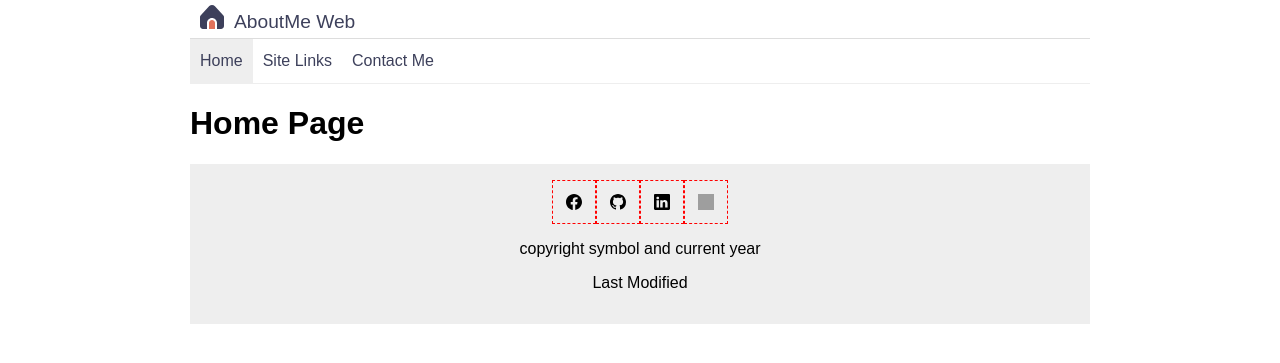
Repository: JoyUdoh106/wdd231
Page: index.html
These files come from the project's save history. The page is drawn as it stood at one moment and after the next save; the edit follows.
The browser window is 1280 px wide. The pictures show the whole page.
Pictures or frames that could not be fetched are drawn as grey boxes.

Above is the page before, as saved 2026-01-10 20:21:14.

### index.html
<!DOCTYPE html>
<html lang="en">
<head>
    <meta charset="UTF-8">
    <meta name="viewport" content="width=device-width, initial-scale=1.0">
    <title>Joy Paulinus Udoh Site | Home Page</title>
    <meta name="description" content="My Site">
    <meta name="author" content="Joy Paulinus Udoh">

    <!-- Style Sheets Here -->
    <link rel="stylesheet" href="styles/base.css">
    <link rel="stylesheet" href="styles/larger.css">
    <link rel="stylesheet" href="styles/normalize.css">

</head>
<body>
    <header>
        <img src="images/home.svg" alt="Site Logo" width="512" height="512">
        <span>AboutMe Web</span>
        <button id="ham-btn" class="hamburger"></button>
    </header>
    <nav id="nav-bar" class="navigation">
        <ul>
            <li class="current"><a href="#">Home</a></li>
            <li><a href="#">Site Links</a></li>
            <li><a href="#">Contact Me</a></li>
        </ul>
    </nav>
    <main>
        <h1>Home Page</h1>
    </main>
    <footer>
        <div class="social">
            <a href="" target="_blank"><img src="images/facebook.svg" alt="facebook" width="16" height="16"></a>
            <a href="" target="_blank"><img src="images/github.svg" alt="github" width="16" height="16"></a>
            <a href="" target="_blank"><img src="images/linkedin.svg" alt="" width="16" height="16"></a>
            <a href="" target="_blank"><img src="images/microsoft-teams.svg" alt="" width="16" height="16"></a>
        </div>
        <p>copyright symbol and current year</p>
        <p>Last Modified</p>
    </footer>
    <script src="scripts/navigation.js"></script>
</body>
</html>

### styles/base.css
/* --------- Color Scheme ----------
terra cotta #E2725B
deep slate blue #3D405B,
*/

/********************** SITE WIDE *************************/
* {
    font-family: "Josefin Sans", sans-serif;
    box-sizing: border-box;
}

/********************* HEADER *********************/
header {
    display: grid;
    grid-template-columns: 24px auto 44px;
    padding: 5px 0 5px 10px;
    align-items: end;
    border-bottom: solid 1px #ddd;
    column-gap: 10px;
}

header img {
    display: block;
    width: 100%;
    height: auto;
    padding-bottom: 4px;
}

header span {
    font-size: 1.2rem;
    color: #3D405B;
}

/********************* HAMBURGER *********************/
.hamburger {
    background-color: none;
    border: none;
    font-size: 2rem;
    color: #3D405B;
    cursor: pointer;
    font-family: Verdana, Geneva, Tahoma, sans-serif;
}

.hamburger::before {
    content: "\2630";
}

.hamburger.show::before {
    content: "\00D7";
}

/********************* NAVIGATION *********************/
.navigation {
    display: none;
}

.navigation.show {
    display: block;
}

.navigation ul {
    list-style-type: none;
    margin: 0;
    padding: 0;
}

.navigation a {
    display: block;
    padding: .8rem 10px;
    color: #3D405B;
    text-decoration: none;
    border-bottom: solid 1px #ddd;
}

.navigation li.current {
    background-color: #eee;
}

.navigation a:hover {
    background-color: #E2725B;
}


h1 {
    margin-left: 10px;
}

/************************** FOOTER **************************/
footer {
    background-color: #eee;
    padding: 1rem 10px;
    text-align: center;
}

.social {
    display: flex;
    justify-content: center;
    column-gap: ;
}

.social a {
    display: flex;
    justify-content: center;
    align-items: center;
    width: 44px;
    height: 44px;
    border: red dashed 1px;
}

### styles/larger.css
@media only screen and (min-width: 38rem) {
    header, main, nav, footer {
        max-width: 900px;
        margin: 0 auto;
    }


    header {
        grid-template-columns: 24px auto;
    }

    .hamburger {
        display: none;
    }


    .navigation {
        display: block;
        border-bottom: solid 1px #eee;
    }

    .navigation ul {
        display: flex;
    }

    .navigation a {
        border: none;
    }

}

### images/home.svg
<?xml version="1.0" encoding="UTF-8"?>
<!-- Generator: Adobe Illustrator 25.0.0, SVG Export Plug-In . SVG Version: 6.00 Build 0)  -->
<svg xmlns="http://www.w3.org/2000/svg" xmlns:xlink="http://www.w3.org/1999/xlink" version="1.1" id="Capa_1" x="0px" y="0px" viewBox="0 0 512 512" style="enable-background:new 0 0 512 512;" xml:space="preserve" width="512" height="512">
	<g>
		<path d="M362.667,383.841v128H448c35.346,0,64-28.654,64-64V253.26c0.005-11.083-4.302-21.733-12.011-29.696l-181.29-195.99    c-31.988-34.61-85.976-36.735-120.586-4.747c-1.644,1.52-3.228,3.103-4.747,4.747L12.395,223.5    C4.453,231.496-0.003,242.31,0,253.58v194.261c0,35.346,28.654,64,64,64h85.333v-128c0.399-58.172,47.366-105.676,104.073-107.044    C312.01,275.383,362.22,323.696,362.667,383.841z" fill="#3D405B"/>
		<path d="M256,319.841c-35.346,0-64,28.654-64,64v128h128v-128C320,348.495,291.346,319.841,256,319.841z" fill="#E2725B"/>
	</g>

</svg>

### scripts/navigation.js
// Store the selected elements that we are going to use
const navbutton = document.querySelector('#ham-btn');
const navlinks = document.querySelector('#nav-bar');

// Toggle the show class off and on
navbutton.addEventListener('click', () => {
    navbutton.classList.toggle('show');
    navlinks.classList.toggle('show');
});

### images/facebook.svg
<svg xmlns="http://www.w3.org/2000/svg" width="16" height="16" fill="currentColor" class="bi bi-facebook" viewBox="0 0 16 16">
  <path d="M16 8.049c0-4.446-3.582-8.05-8-8.05C3.58 0-.002 3.603-.002 8.05c0 4.017 2.926 7.347 6.75 7.951v-5.625h-2.03V8.05H6.75V6.275c0-2.017 1.195-3.131 3.022-3.131.876 0 1.791.157 1.791.157v1.98h-1.009c-.993 0-1.303.621-1.303 1.258v1.51h2.218l-.354 2.326H9.25V16c3.824-.604 6.75-3.934 6.75-7.951"/>
</svg>

### images/github.svg
<svg xmlns="http://www.w3.org/2000/svg" width="16" height="16" fill="currentColor" class="bi bi-github" viewBox="0 0 16 16">
  <path d="M8 0C3.58 0 0 3.58 0 8c0 3.54 2.29 6.53 5.47 7.59.4.07.55-.17.55-.38 0-.19-.01-.82-.01-1.49-2.01.37-2.53-.49-2.69-.94-.09-.23-.48-.94-.82-1.13-.28-.15-.68-.52-.01-.53.63-.01 1.08.58 1.23.82.72 1.21 1.87.87 2.33.66.07-.52.28-.87.51-1.07-1.78-.2-3.64-.89-3.64-3.95 0-.87.31-1.59.82-2.15-.08-.2-.36-1.02.08-2.12 0 0 .67-.21 2.2.82.64-.18 1.32-.27 2-.27s1.36.09 2 .27c1.53-1.04 2.2-.82 2.2-.82.44 1.1.16 1.92.08 2.12.51.56.82 1.27.82 2.15 0 3.07-1.87 3.75-3.65 3.95.29.25.54.73.54 1.48 0 1.07-.01 1.93-.01 2.2 0 .21.15.46.55.38A8.01 8.01 0 0 0 16 8c0-4.42-3.58-8-8-8"/>
</svg>

### images/linkedin.svg
<svg xmlns="http://www.w3.org/2000/svg" width="16" height="16" fill="currentColor" class="bi bi-linkedin" viewBox="0 0 16 16">
  <path d="M0 1.146C0 .513.526 0 1.175 0h13.65C15.474 0 16 .513 16 1.146v13.708c0 .633-.526 1.146-1.175 1.146H1.175C.526 16 0 15.487 0 14.854zm4.943 12.248V6.169H2.542v7.225zm-1.2-8.212c.837 0 1.358-.554 1.358-1.248-.015-.709-.52-1.248-1.342-1.248S2.4 3.226 2.4 3.934c0 .694.521 1.248 1.327 1.248zm4.908 8.212V9.359c0-.216.016-.432.08-.586.173-.431.568-.878 1.232-.878.869 0 1.216.662 1.216 1.634v3.865h2.401V9.25c0-2.22-1.184-3.252-2.764-3.252-1.274 0-1.845.7-2.165 1.193v.025h-.016l.016-.025V6.169h-2.4c.03.678 0 7.225 0 7.225z"/>
</svg>

Loaded but not shown: styles/normalize.css (library)

After the next save:
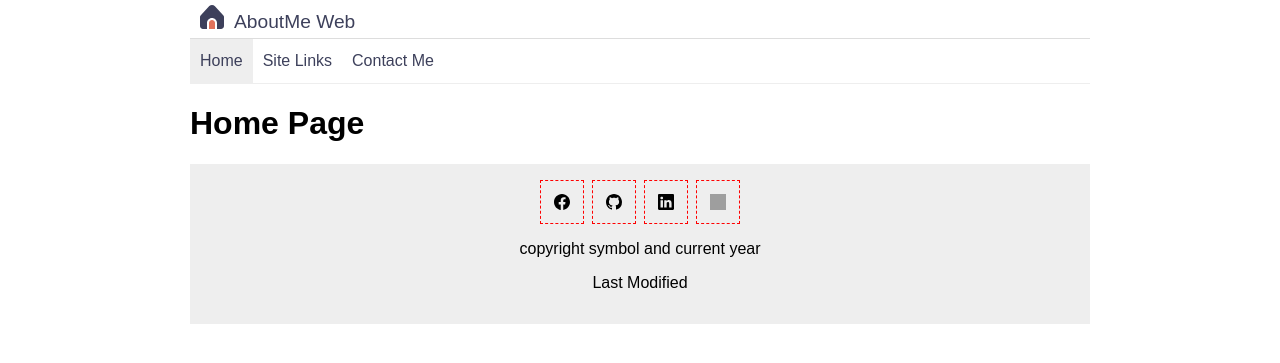
Saved 8 s later.
--- a/styles/base.css
+++ b/styles/base.css
@@ -95,7 +95,7 @@ footer {
 .social {
     display: flex;
     justify-content: center;
-    column-gap: ;
+    column-gap: 8px;
 }
 
 .social a {
